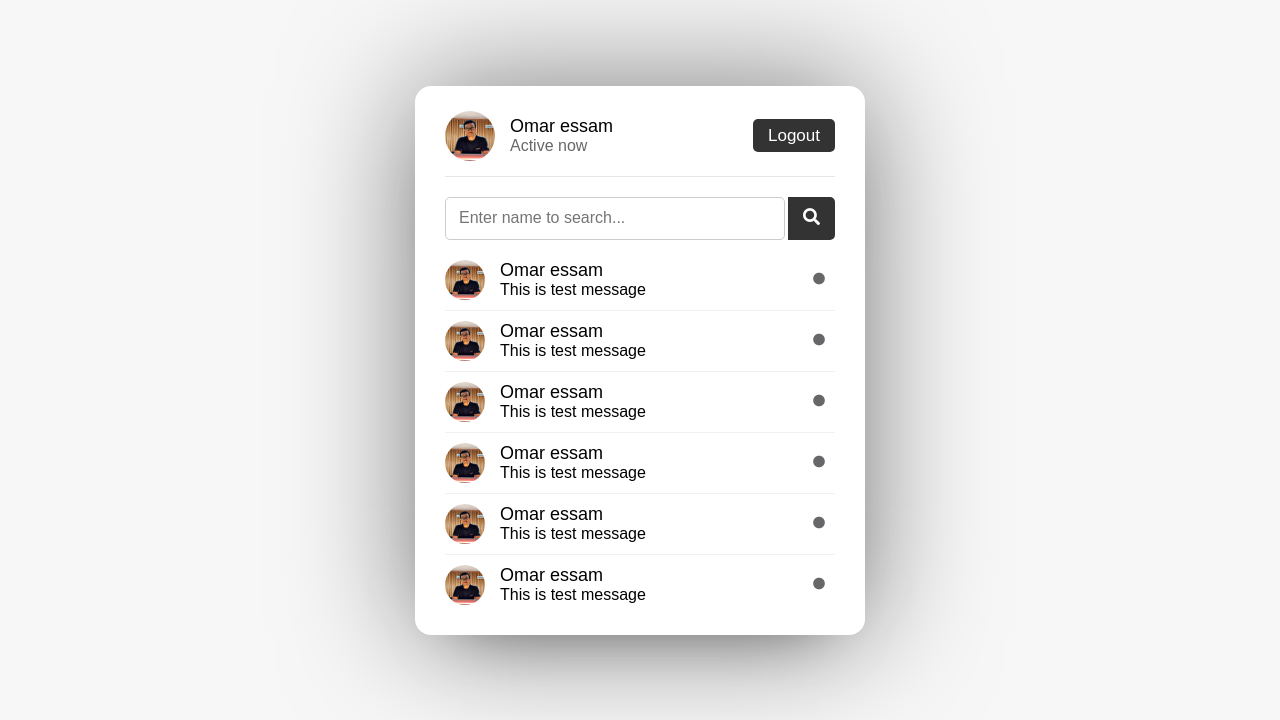
Repository: OmarEssameldinMousa/Chat-Application
Page: http://localhost/users.php
An editor plug-in stored every save of this project. The page is shown before and after the next save, followed by the edit.
The browser window is 1280 px wide. The pictures show the whole page.
The page is run by PHP 8.4 with error messages shown; the project is at /var/www/html/.

Above is the page before, as saved 2023-09-23 02:07:15.

After the next save:
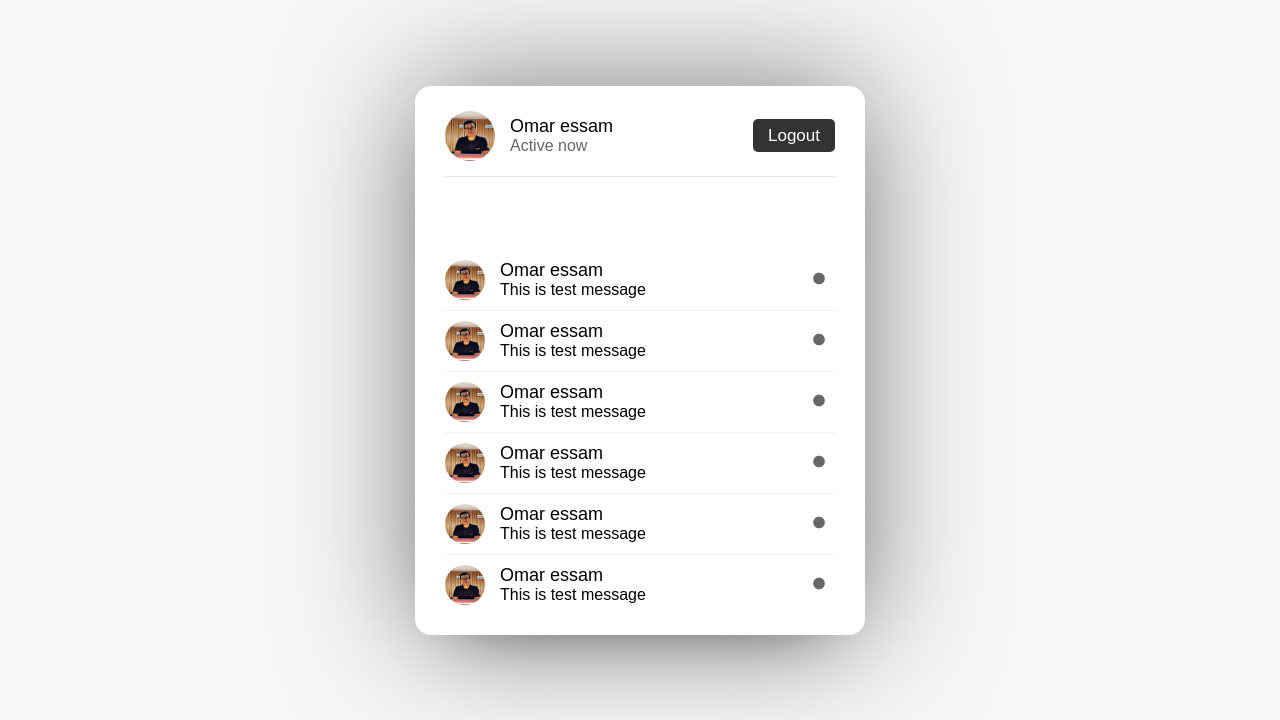
Saved 2 min 37 s later.
--- a/css/style.css
+++ b/css/style.css
@@ -186,6 +186,9 @@ form .name-details .field:last-child {
     justify-content: space-between;
     align-items: center;
     position: relative;
+    opacity: 0;
+    pointer-events: none;
+    transition: all 0.3s ease;
 }
 
 .users .search .text {
